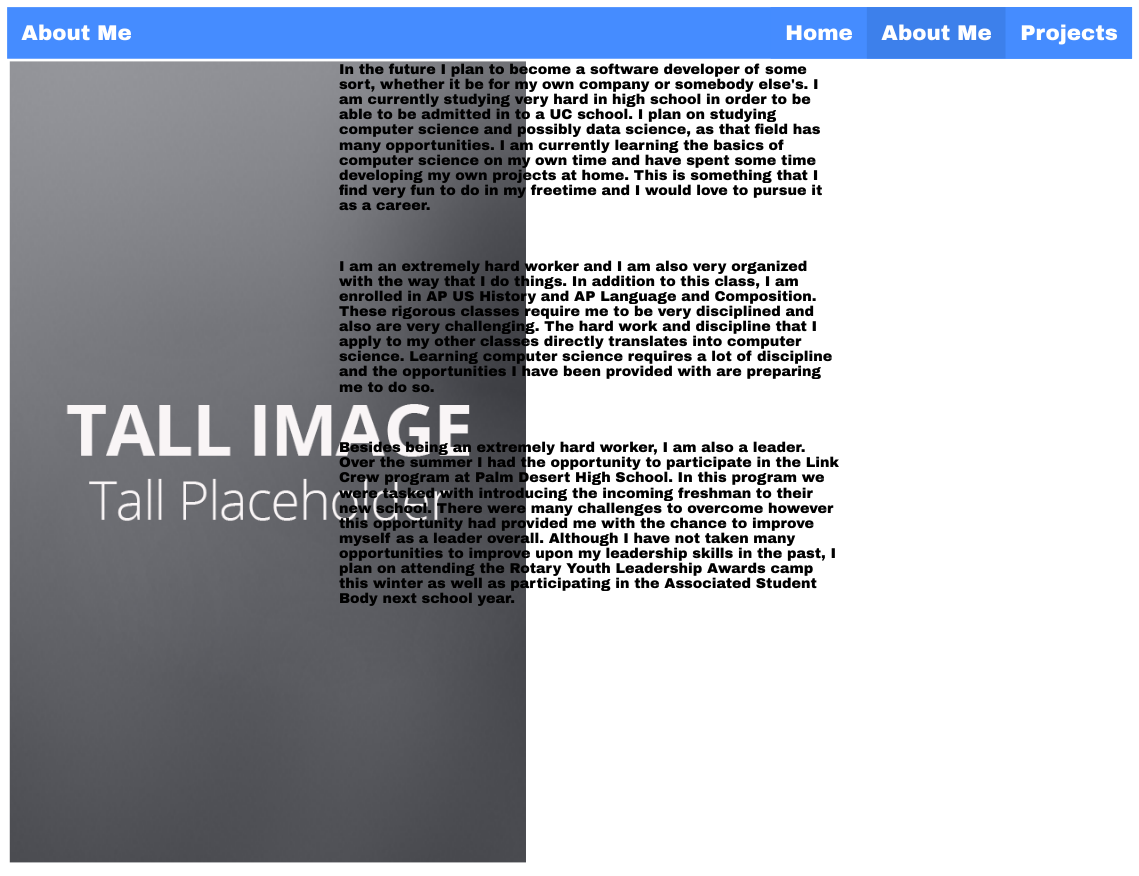
Repository: br4y/br4y.github.io
Page: about.html
The author's editor kept a record of every edit. The page is drawn from the files as they stood at one moment, then again after the next edit.
The browser window is 1280 px wide. The pictures show the whole page, at 89% of full size.

Above is the page before.

After the next edit:
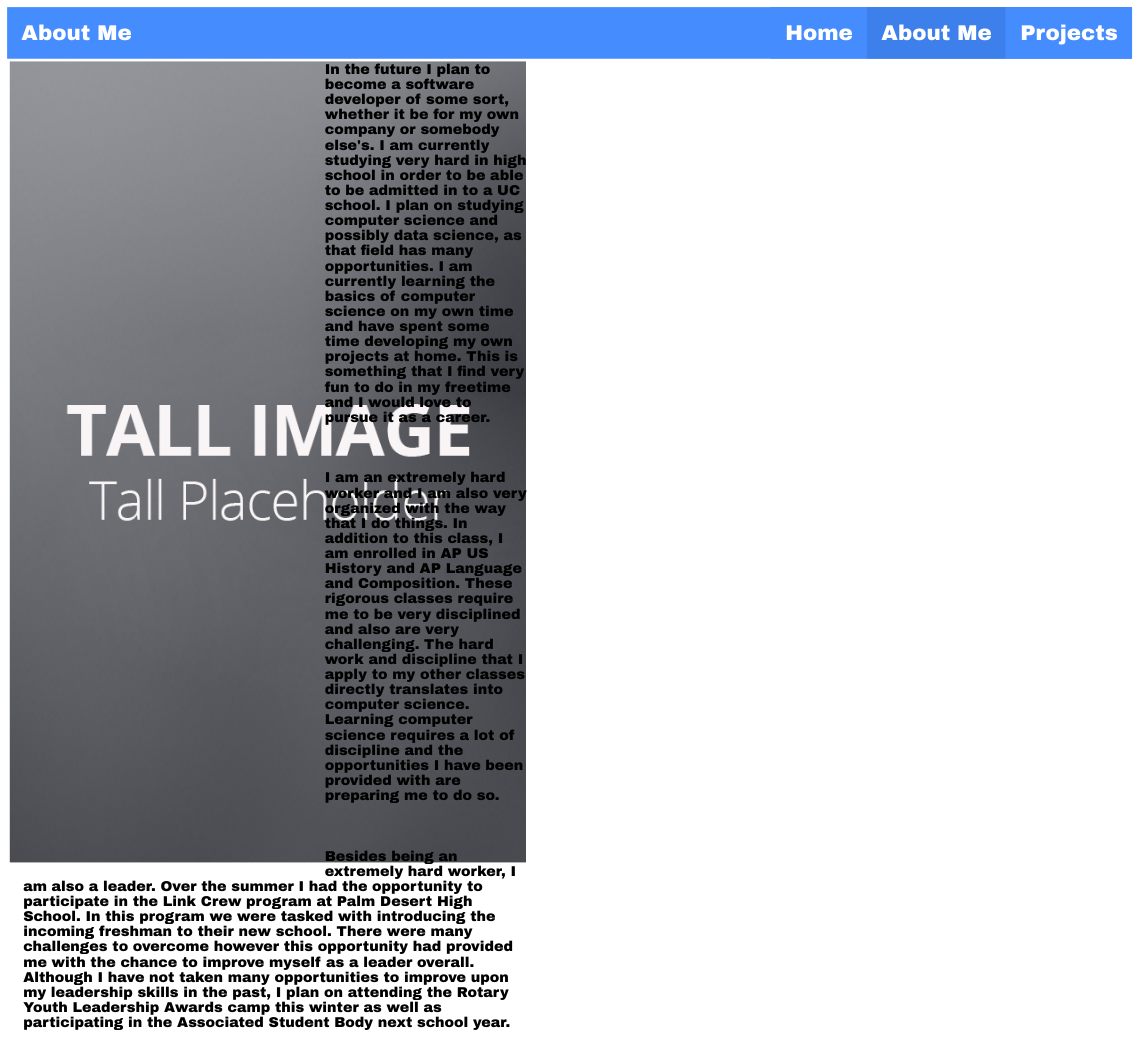
The edit:
--- a/StyleSheet.css
+++ b/StyleSheet.css
@@ -82,8 +82,7 @@
         text-align:left;
         font-family:"Arial Black", Gadget, sans-serif;
         width:45%;
-        height:relative;
-        display:inline-block;
+        display:block;
         margin-left:15px;
     }
 

After the 2 edits that followed:
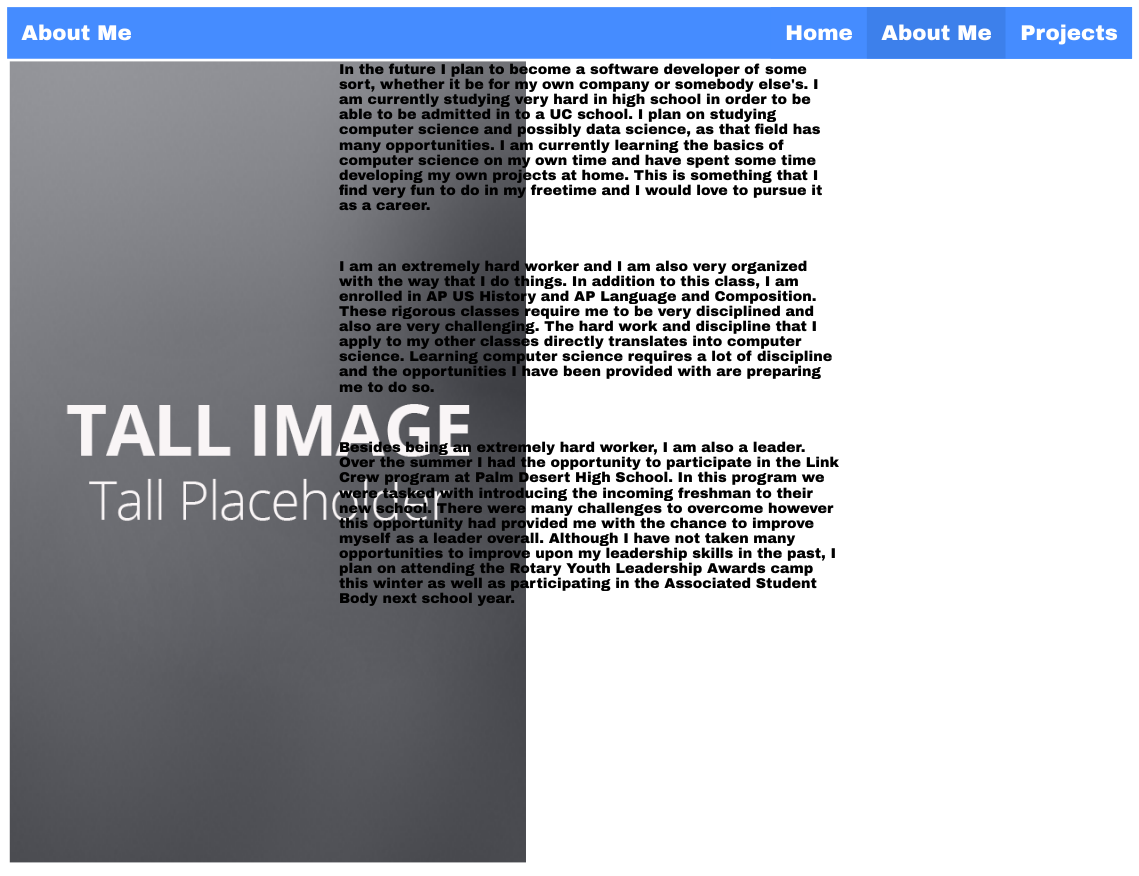
The 2 edits are shown as one change because 1 left the picture as it was.
The edit:
--- a/StyleSheet.css
+++ b/StyleSheet.css
@@ -82,13 +82,10 @@
         text-align:left;
         font-family:"Arial Black", Gadget, sans-serif;
         width:45%;
-        display:block;
+        display:inline-block;
         margin-left:15px;
     }
 
-    /*.dropdown:hover .dropdown-content {display: block;}*/
-    /*.dropdown-content a:hover {background-color:#2376fc;}*/
-    /*.dropdown:hover .dropbtn {background-color: #2376fc;}*/
 
     table {
         width:100%;
